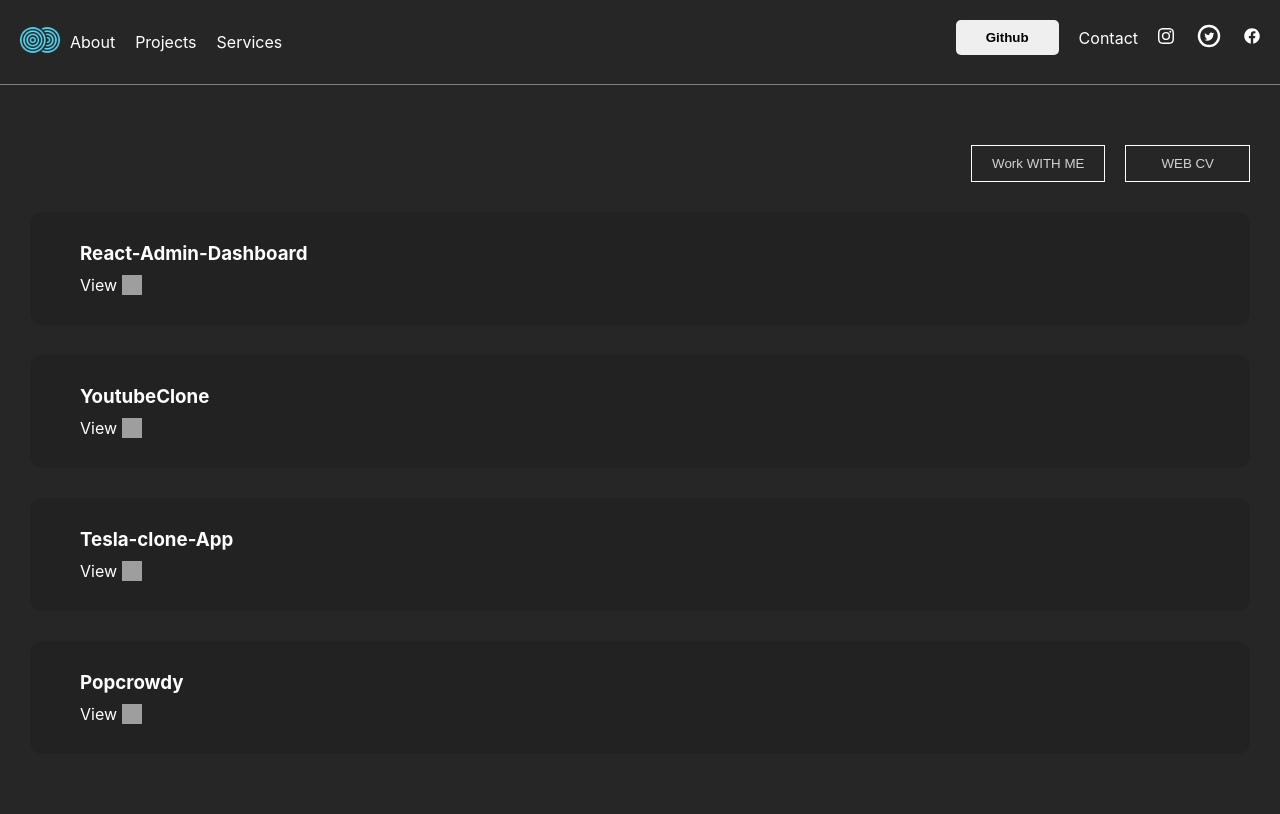
Repository: uh-sman/Portfolio
Page: /projects
An editor plug-in stored every save of this project. The page is shown before and after the next save, followed by the edit.
The browser window is 1280 px wide. The pictures show the whole page.
Pictures or frames that could not be fetched are drawn as grey boxes. The project was rebuilt for these pictures with package versions that can differ from the ones it lists, and the page was loaded fresh each time. Also part of the build but not shown: src/components/about.css, src/components/About.jsx, src/components/services.css, src/components/Services.jsx.

Above is the page before, as saved 2022-11-28 04:59:54.

### src/index.js
import React from "react";
import ReactDOM from "react-dom/client";
import { BrowserRouter } from "react-router-dom";
import "./index.css";
import App from "./App";

const root = ReactDOM.createRoot(document.getElementById("root"));
root.render(
  <BrowserRouter>
    <React.StrictMode>
      <App />
    </React.StrictMode>
  </BrowserRouter>
);

### src/App.js
import "./App.css";
import { Index } from "./components/index";
import { Route, Routes } from "react-router-dom";
import About from "./components/About";
import "animate.css";
import Projects from "./components/Projects";
import Services from "./components/Services";
// import Services from "./components/Services";
function App() {
  return (
    <div className="App">
      <Index />
      <Routes>
        <Route path="/" element={<About />} />
        <Route path="/projects" element={<Projects />} />
        <Route path="/services" element={<Services />} />
      </Routes>
    </div>
  );
}

export default App;

### src/App.css
* {
  margin: 0px;
  padding: 0px;
  box-sizing: border-box;
  text-decoration: none;
  list-style: none;
}
body {
  /* background: rgb(2, 0, 36);
  background: linear-gradient(
    90deg,
    rgba(2, 0, 36, 1) 0%,
    rgba(4, 14, 33, 1) 90%,
    rgba(5, 52, 61, 1) 100%
  ); */
  background: #262626;
}

### src/components/index.js
import React from "react";
import { Navbar } from "./Navbar";
import { Route, Routes } from "react-router-dom";
export const Index = () => {
  return (
    <div>
      <Navbar />
    </div>
  );
};

### src/components/Projects.jsx
import React from "react";
import RepositoriesCard from "./RepositoriesCard";
import "./projects.css";
const Projects = () => {
  return (
    <div>
      <div className="about-section">
        <div className="about-card">
          <div className="about-button">
            <button className="btn1">Work WITH ME</button>
            <button className="btn2">WEB CV</button>
          </div>
        </div>
        <div>
          <RepositoriesCard />
        </div>
      </div>
    </div>
  );
};

export default Projects;

### src/components/Navbar.jsx
import React, { useState } from "react";
import { Link } from "react-router-dom";
import logo from "../assets/ico.png";
import "./navbar.css";
import { Profile } from "./Profile";
export const Navbar = () => {
  const [active, isActive] = useState(false);
  // Get the container element
  // const activeLink = document.querySelector("nav-list");
  // const style = {
  //   backgroundColor: "red",
  //   width: "100%",
  //   height: "100%",
  // };
  // Get all buttons with class="btn" inside the container
  // const btnActive = activeLink.getElementsByClassName("btn");
  // Loop through the buttons and add the active class to the current/clicked button
  // for (var i = 0; i < btnActive.length; i++) {
  //   btnActive[i].addEventListener("click", function () {
  //     var currentMode = document.getElementsByClassName("active");
  //     currentMode[0].className = currentMode[0].className.replace("active", "");
  //     this.className += "active";
  //   });
  // }
  // activeLink.addEventListener()
  return (
    <div>
      <nav className="navbar-container">
        <div className="navbar">
          <div className="navbar-nav">
            <div>
              <a>
                <img src={logo} className="logo" />
              </a>
            </div>
            <ul className="nav-list">
              <Link to="/">
                <a href="">About</a>
              </Link>
              <Link to="/projects">
                <a href="">Projects</a>
              </Link>
              <Link to="/services" className="btn">
                <a href="">Services</a>
              </Link>
            </ul>
          </div>
          <div>
            <Profile />
          </div>
        </div>
      </nav>
    </div>
  );
};

### src/components/RepositoriesCard.jsx
import React from "react";
import "./repositories.css";
import hand from "../assets/hand-right.png";
import { repositories } from "./repositories";
const RepositoriesCard = () => {
  return (
    <div>
      <div className="card-container">
        {repositories.map(({ id, title, link }) => {
          return (
            <div className="card-content" key={id}>
              <h3>{title}</h3>
              <a href={link}>
                View
                <img src={hand} />
              </a>
            </div>
          );
        })}
      </div>
    </div>
  );
};

export default RepositoriesCard;

### src/components/projects.css
.about-section {
  color: white;
  margin: 60px 30px;
}

.about-card {
  justify-content: flex-end;
  display: flex;
}
.btn1 {
  color: lightgray;
  text-align: center;
  background: #262626;
  padding: 10px 20px;
  border: 1px solid white;
}
.btn2 {
  color: lightgray;
  text-align: center;
  margin-left: 20px;
  background: #262626;
  padding: 10px 35px;
  border: 1px solid white;
}

### src/components/navbar.css
.nav-list {
  display: flex;
  align-items: center;
  gap: 20px;
}
.nav-list a {
  color: white;
}
.navbar {
  margin: 20px 20px;
  display: flex;
  justify-content: space-between;
}
.navbar-nav {
  display: flex;
  gap: 10px;
}
.logo {
  width: 40px;
  height: 40px;
  color: white;
}
.navbar-container {
  border-bottom: 0.5px solid gray;
}
/* .btn {
  border: transparent;
  outline: none;
  background: rgba(2, 0, 36, 1) 0%;
} */
/* .active, */
/* .btnSelect:hover {
  border: none;
  border-bottom: 1px solid lightblue;
  cursor: pointer;
} */

@media only screen and (min-width: 200px) and (max-width: 950px) {
  .nav-list {
    display: none;
  }
}

### src/components/Profile.js
import React, { useState } from "react";
import { SiFacebook } from "react-icons/si";
import { FaWhatsapp, FaFacebook, FaRegWindowClose } from "react-icons/fa";
import { TiSocialTwitterCircular } from "react-icons/ti";
import { Link } from "react-router-dom";
import { BsInstagram } from "react-icons/bs";
import burger from "../assets/burger-menu.png";
import close from "../assets/icons8.png";

import "animate.css";
import "./profile.css";
export const Profile = () => {
  const [isActive, setIsActive] = useState(false);
  const style = {
    position: "fixed",
    top: "0",
    bottom: "0",
    right: "0",
    background: "white",
    width: "300px",
    listStyle: " none",
    padding: "20px",
    display: "flex",
    flexDirection: "column",
    transform: `${(props) =>
      props.show ? "translateX(0)" : "translateX(100%)"}`,
    textAlign: "start",

    transition: "transform 0.3s ease-in",
  };

  return (
    <div>
      <div>
        <section className="profile-section ">
          <button className="button">
            <a>Github</a>
          </button>
          <a>Contact</a>
          <a>
            <BsInstagram />
          </a>
          <a>
            <TiSocialTwitterCircular className="twitter" />
          </a>
          <a>
            <FaFacebook />
          </a>
        </section>
        {isActive ? (
          <div className="sidebar-container">
            <div>
              <FaRegWindowClose
                className="close"
                onClick={() => setIsActive(!isActive)}
              />
              {/* <img src={close} /> */}
            </div>
            <section className="sidebar-section ">
              <ul className="links">
                <Link to="/">
                  <a href="">About</a>
                </Link>
                <Link to="/projects">
                  <a href="">Projects</a>
                </Link>
                <Link to="/services">
                  <a href="">Services</a>
                </Link>
                <button className="button">
                  <a className="link">Github</a>
                </button>
                <a>Contact</a>
              </ul>
              <ul className="link-icons">
                <a>
                  <BsInstagram className="instagram" />
                </a>
                <a>
                  <TiSocialTwitterCircular className="twitter" />
                </a>
                <a>
                  <FaFacebook className="facebook" />
                </a>
              </ul>
            </section>
          </div>
        ) : (
          <div>
            <img
              src={burger}
              className="burger-menu"
              onClick={() => setIsActive(!isActive)}
            />
          </div>
        )}
      </div>
    </div>
  );
};

### src/components/repositories.css
.card-content {
  border-radius: 12px;

  padding: 20px 80px;
  background: #222222;
  padding: 30px 50px;
}
.card-container {
  display: grid;
  /* display: flex; */
  /* justify-content: space-evenly; */
  gap: 30px;
  margin: 30px 0px;
}
.card-content a {
  padding-top: 10px;
  display: flex;
  align-items: center;
  gap: 5px;
  color: white;
}
.card-content a img {
  width: 20px;
  height: 20px;
}
.card-content a:hover {
  border-bottom: 1px solid gray;
  width: 50px;
}
.icon-right {
  color: yellow;
}
.card-content:hover {
  transition: 2s;
  background-color: white;
  color: black;
}
.card-content:hover a {
  transition-delay: 8000;
  color: black;
}
@media only screen and (max-width: 950px) {
  .card-container {
    flex-direction: column;
    gap: 30px;
  }
}

### src/components/repositories.js
export const repositories = [
  {
    id: 1,
    link: "https://github.com/uh-sman/React-Admin-Dashboard",
    title: "React-Admin-Dashboard",
  },
  {
    id: 2,
    link: "https://github.com/uh-sman/YoutubeClone",
    title: "YoutubeClone",
  },
  {
    id: 3,
    link: "https://github.com/uh-sman/Tesla-clone-App",
    title: "Tesla-clone-App",
  },
  {
    id: 4,
    link: "https://github.com/uh-sman/Popcrowdy",
    title: "Popcrowdy",
  },
];

### src/components/profile.css
.profile-section {
  display: flex;
  gap: 20px;
  align-items: center;
  color: white;
}
.links {
  display: flex;
  flex-direction: column;
  /* display: flex; */
  align-items: center;
  gap: 20px;
}
.links a {
  color: white;
}
.sidebar-container {
  /* display: inline-block; */
  /* margin: 0 0.5rem; */
  /* animation: slideInRight 2s; */
  /* animation-duration: 2s; */
  border-top-left-radius: 10px;
  border-bottom-left-radius: 10px;
  height: 100%;
  width: 40%;
  top: 0px;
  right: 0px;
  background-color: #222222;
  position: fixed;
}
.burger-menu {
  width: 30px;
  height: 30px;
}
.close {
  color: white;
  width: 30px;
  height: 30px;
  margin-left: 10px;
  margin-top: 4px;
}
.button {
  padding: 10px 30px;
  box-shadow: gray;
  border: none;
  font-weight: 700;
  border-radius: 5px;
}
.button a {
  color: black;
}
.link-icons {
  margin-top: 20px;
  display: flex;
  align-items: center;
  gap: 10px;
}
.instagram {
  font-size: 20px;
}
.facebook {
  font-size: 20px;
}
.twitter {
  font-size: 30px;
}

@media only screen and (min-width: 200px) and (max-width: 950px) {
  .profile-section {
    display: none;
  }
}
@media only screen and (min-width: 950px) {
  .burger-menu {
    display: none;
  }
}
.sidebar-section {
  margin-top: 40%;
  justify-content: center;
  display: flex;
  flex-direction: column;
  align-items: center;
  color: white;
}
/* animate__slideInRight */

Loaded but not shown: public/index.html (common file); src/index.css (common file)

After the next save:
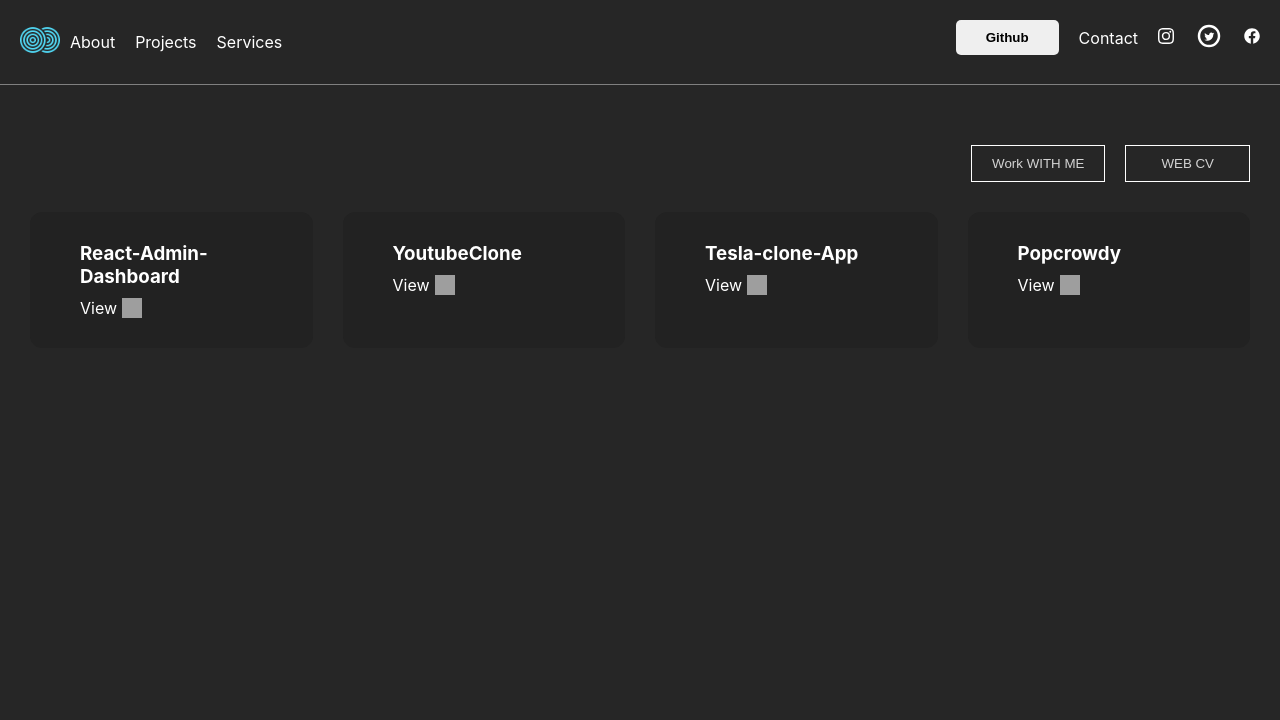
Saved 21 s later.
--- a/src/components/repositories.css
+++ b/src/components/repositories.css
@@ -7,6 +7,7 @@
 }
 .card-container {
   display: grid;
+  grid-template-columns: 1fr 1fr 1fr 1fr;
   /* display: flex; */
   /* justify-content: space-evenly; */
   gap: 30px;
